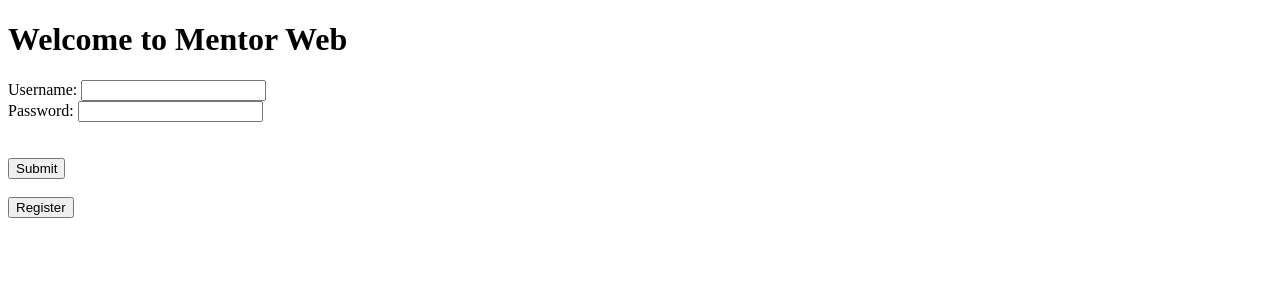
Repository: StudentJoeyJMStudios/SE133MentorWeb
Page: MentorWeb/index.html
The author's editor kept a copy of each file at every save. The page is drawn from the files as they stood at one save, then again after the next save.
The browser window is 1280 px wide. The pictures show the whole page.

Above is the page before, as saved 2014-04-06 01:11:30.
Console error: ReferenceError: Parse is not defined

After the next save:
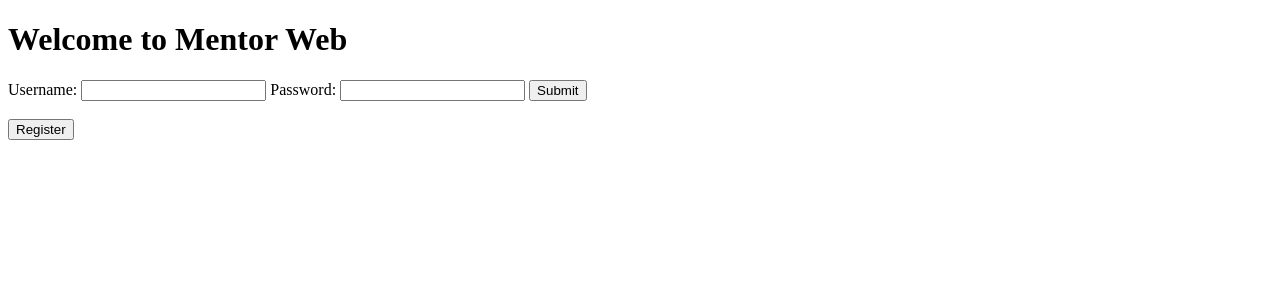
Saved 17 s later.
--- a/MentorWeb/index.html
+++ b/MentorWeb/index.html
@@ -35,8 +35,8 @@
 
 	<div id = "login" >
 		<form name="loginInfo">
-			Username: <input type="text" name="username"><br>
-			Password: <input type="password" name="password"><br><br><br>
+			Username: <input type="text" name="username">
+			Password: <input type="password" name="password">
 			<input type="submit" value="Submit" onclick="login()">
 		</form>
 	</div>
